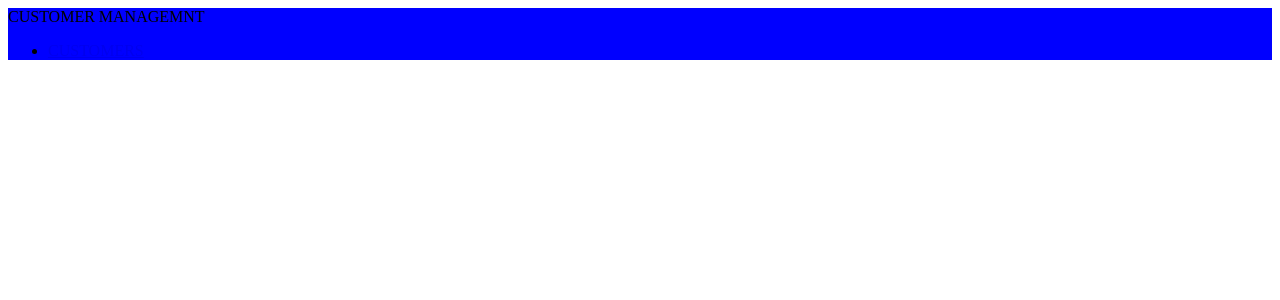
Repository: shruti-2522/webdirekt-assignment
Page: http://localhost/Customer-Project/
These files come from the project's save history. The page is drawn as it stood at one moment and after the next save; the edit follows.
The browser window is 1280 px wide. The pictures show the whole page.
The page is served by Tomcat 9. Other server files are loaded and not shown. Queries for data that is not in the repository find no rows.

Above is the page before, as saved 2021-07-05 10:49:17.

### Customer-Project/src/main/webapp/customer-list.jsp
<%@ page language="java" contentType="text/html; charset=ISO-8859-1"
    pageEncoding="ISO-8859-1"%>
<!DOCTYPE html>
<html>
<head>
<meta charset="ISO-8859-1">
<title>CUSTOMER LIST</title>
</head>
<body>
<header>
		<nav class="navbar navbar-expand-md navbar-dark"
			style="background-color: blue">
			<div>
				<a class="navbar-brand">CUSTOMER MANAGEMNT</a>
			</div>

			<ul class="navbar-nav">
				<li><a href="<%=request.getContextPath()%>/list"
					class="nav-link">CUSTOMERS</a></li>
			</ul>
		</nav>


	</header>


</body>
</html>

### Customer-Project/src/main/java/com/user/customer/Web/customerServlet.java
package com.user.customer.Web;

import java.io.IOException;
import java.sql.SQLException;
import java.util.List;

import javax.servlet.RequestDispatcher;
import javax.servlet.ServletException;
import javax.servlet.annotation.WebServlet;
import javax.servlet.http.HttpServlet;
import javax.servlet.http.HttpServletRequest;
import javax.servlet.http.HttpServletResponse;

import com.user.customer.Dao.customerDao;
import com.user.customer.Model.Customer;

@WebServlet("/")
public class customerServlet extends HttpServlet {
	private static final long serialVersionUID = 1L;
	private customerDao customerdao;

	public void init() {
		customerdao = new customerDao();

	}

	protected void doPost(HttpServletRequest request, HttpServletResponse response)
			throws ServletException, IOException {

		doGet(request, response);
	}

	protected void doGet(HttpServletRequest request, HttpServletResponse response)
			throws ServletException, IOException {
		String action = request.getContextPath();

		try {
			switch (action) {
			case "/new":
				showNewForm(request, response);
				break;
			case "/insert":
				insertCustomer(request, response);
				break;
			case "/edit":
				showEditForm(request, response);

				break;
			case "/update":
				updateCustomer(request, response);

				break;
			case "/delete":
				deleteCustomer(request, response);
				break;

			default:
				listCustomer(request, response);
				break;
			}
		} catch (SQLException e) {
			throw new ServletException();
		}
	}

	// new
	private void showNewForm(HttpServletRequest request, HttpServletResponse response)
			throws ServletException, IOException {
		RequestDispatcher r1 = request.getRequestDispatcher("customer-form.jsp");
		r1.forward(request, response);

	}

	// insert
	private void insertCustomer(HttpServletRequest request, HttpServletResponse response)
			throws SQLException, IOException {
		String name = request.getParameter("name");
		String addr1 = request.getParameter("addr1");
		String addr2 = request.getParameter("addr2");
		String street = request.getParameter("street");
		String country = request.getParameter("country");
		int zip = Integer.parseInt(request.getParameter("zip"));
		String city = request.getParameter("city");
		int phone = Integer.parseInt(request.getParameter("phone"));
		int fax = Integer.parseInt(request.getParameter("fax"));
		String web = request.getParameter("web");
		String email = request.getParameter("email");
		String notes = request.getParameter("notes");

		Customer c1 = new Customer(name, addr1, addr2, street, country, zip, city, phone, fax, web, email, notes);
		customerdao.insertCustomer(c1);
		response.sendRedirect("list");

	}

	private void showEditForm(HttpServletRequest request, HttpServletResponse response)
			throws ServletException, IOException, SQLException {

		int id = Integer.parseInt(request.getParameter("id"));

		Customer c2 = customerdao.selectCustomer(id);
		RequestDispatcher r2 = request.getRequestDispatcher("customer-form.jsp");
		request.setAttribute("customer", c2);

		r2.forward(request, response);

	}

	// update
	private void updateCustomer(HttpServletRequest request, HttpServletResponse response) throws SQLException, IOException {
		int id = Integer.parseInt(request.getParameter("id"));
		String name = request.getParameter("name");
		String addr1 = request.getParameter("addr1");
		String addr2 = request.getParameter("addr2");
		String street = request.getParameter("street");
		String country = request.getParameter("country");
		int zip = Integer.parseInt(request.getParameter("zip"));
		String city = request.getParameter("city");
		int phone = Integer.parseInt(request.getParameter("phone"));
		int fax = Integer.parseInt(request.getParameter("fax"));
		String web = request.getParameter("web");
		String email = request.getParameter("email");
		String notes = request.getParameter("notes");

		Customer c1 = new Customer(name, addr1, addr2, street, country, zip, city, phone, fax, web, email, notes);
		customerdao.updateCustomer(c1);
		response.sendRedirect("list");

	}

	private void deleteCustomer(HttpServletRequest request, HttpServletResponse response)
			throws SQLException, IOException {
		int id = Integer.parseInt(request.getParameter("id"));
		customerdao.delCustomer(id);
		response.sendRedirect("list");

	}

	private void listCustomer(HttpServletRequest request, HttpServletResponse response)
			throws SQLException, ServletException, IOException {
		List<Customer> listCustomer = customerdao.selectAllCustomer();
		request.setAttribute("listCustomer", listCustomer);
		RequestDispatcher r6 = request.getRequestDispatcher("customer-list.jsp");
		r6.forward(request, response);

	}

}

After the next save:
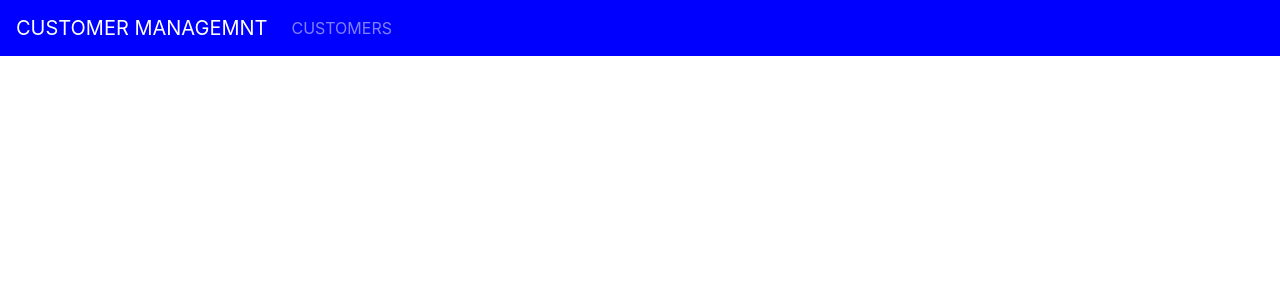
Saved 7 s later.
--- a/Customer-Project/src/main/webapp/customer-list.jsp
+++ b/Customer-Project/src/main/webapp/customer-list.jsp
@@ -5,6 +5,10 @@
 <head>
 <meta charset="ISO-8859-1">
 <title>CUSTOMER LIST</title>
+<link rel="stylesheet"
+	href="https://cdn.jsdelivr.net/npm/bootstrap@4.5.3/dist/css/bootstrap.min.css"
+	integrity="sha384-TX8t27EcRE3e/ihU7zmQxVncDAy5uIKz4rEkgIXeMed4M0jlfIDPvg6uqKI2xXr2"
+	crossorigin="anonymous">
 </head>
 <body>
 <header>
